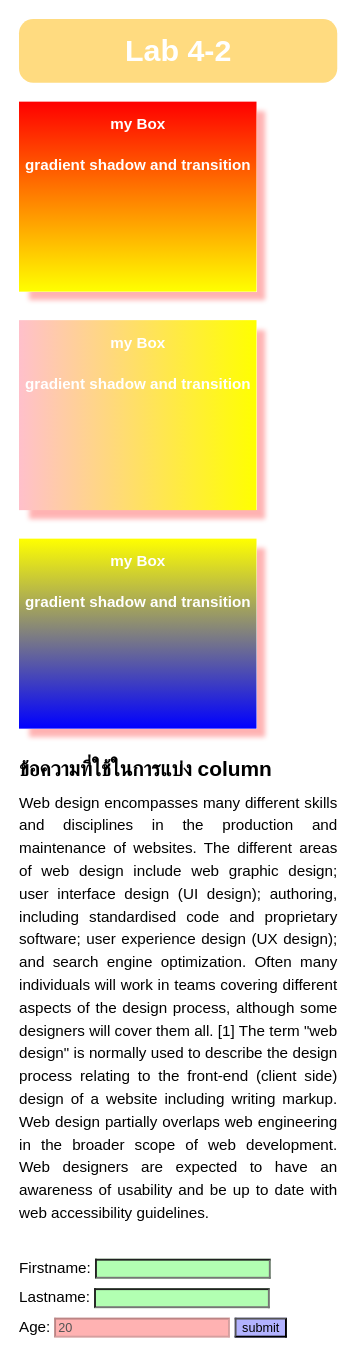
Repository: nuwat-wa/Lab_Ass_WebDesign
Page: HW04-2_IT_Sec1/lab4-2.html
The author's editor kept a copy of each file at every save. The page is drawn from the files as they stood at one save, then again after a run of saves.
The browser window is 375 px wide. The page is 375 px wide, then 382 px, so the pictures cover 382 px, including what lies to the right of the window. The pictures show the whole page, at 95% of full size.

Above is the page before, as saved 2026-10-20 23:31:10.

After the next 2 saves:
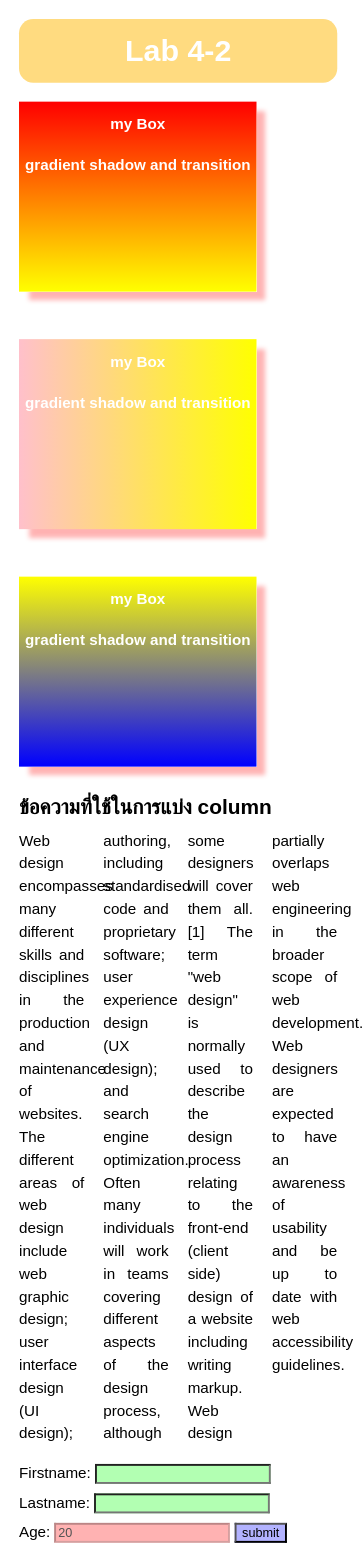
The 2 saves are shown as one change because they came seconds apart.
The last was saved 14 s later.
--- a/HW04-2_IT_Sec1/lab4-2.html
+++ b/HW04-2_IT_Sec1/lab4-2.html
@@ -110,26 +110,6 @@
             cursor: pointer;
         }
 
-        @media (max-width: 768px) {
-            .column-text {
-                column-count: 2;
-            }
-
-            .box-container {
-                gap: 30px;
-            }
-        }
-
-        @media (max-width: 480px) {
-            .column-text {
-                column-count: 1;
-            }
-
-            .box-container {
-                flex-direction: column;
-                gap: 30px;
-            }
-        }
     </style>
 </head>
 
